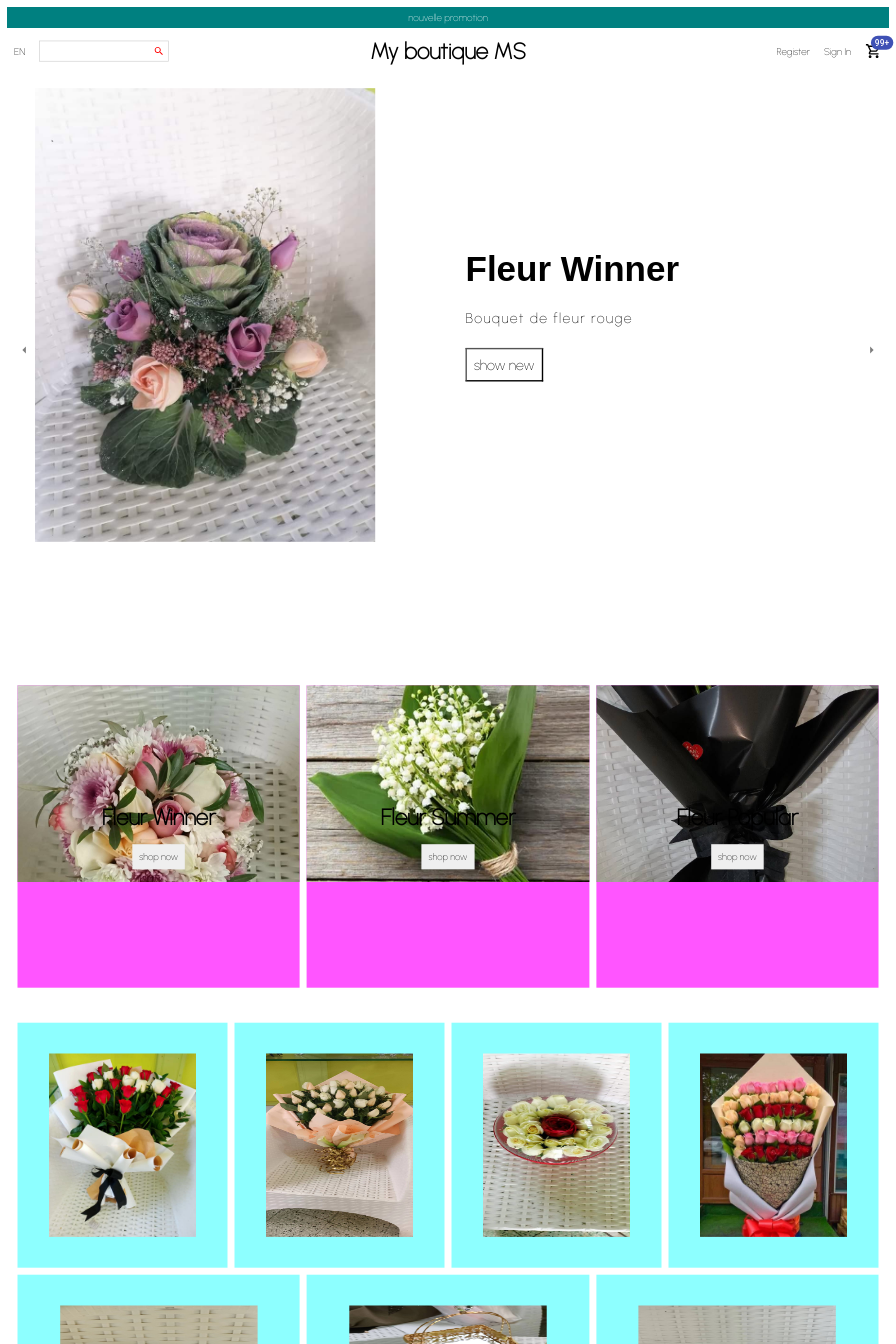
Repository: jarraymassaoud/react-web
Page: /
These files come from the project's save history. The page is drawn as it stood at one moment and after the next save; the edit follows.
The browser window is 1280 px wide. The pictures show the part of the page from y = 0 to 1920 px (the page is 2807 px tall), at 70% of full size.
The project was rebuilt for these pictures with package versions that can differ from the ones it lists, and the page was loaded fresh each time. Also part of the build but not shown: src/pages/Cart.jsx, src/pages/Login.jsx, src/pages/Bunch.jsx.

Above is the page before, as saved 2022-05-31 08:19:49.

### public/index.html
<!DOCTYPE html>
<html lang="en">
  <head>
    <meta charset="utf-8" />
    <link rel="icon" href="%PUBLIC_URL%/favicon.ico" />
    <meta name="viewport" content="width=device-width, initial-scale=1" />
    <meta name="theme-color" content="#000000" />
    <meta
      name="description"
      content="Web site created using create-react-app"
    />
    <link rel="preconnect" href="https://fonts.googleapis.com" />
    <link rel="preconnect" href="https://fonts.gstatic.com" crossorigin />
    <link
      href="https://fonts.googleapis.com/css2?family=Urbanist:wght@100&display=swap"
      rel="stylesheet"
    />
    <style>
      * {
        margin: 0;
        font-family: "Urbanist", sans-serif;
      }
    </style>
    <!--
      manifest.json provides metadata used when your web app is installed on a
      user's mobile device or desktop. See https://developers.google.com/web/fundamentals/web-app-manifest/
    -->
    <!--
      Notice the use of %PUBLIC_URL% in the tags above.
      It will be replaced with the URL of the `public` folder during the build.
      Only files inside the `public` folder can be referenced from the HTML.

      Unlike "/favicon.ico" or "favicon.ico", "%PUBLIC_URL%/favicon.ico" will
      work correctly both with client-side routing and a non-root public URL.
      Learn how to configure a non-root public URL by running `npm run build`.
    -->
    <title>React App</title>
  </head>
  <body>
    <noscript>You need to enable JavaScript to run this app.</noscript>
    <div id="root"></div>
    <!--
      This HTML file is a template.
      If you open it directly in the browser, you will see an empty page.

      You can add webfonts, meta tags, or analytics to this file.
      The build step will place the bundled scripts into the <body> tag.

      To begin the development, run `npm start` or `yarn start`.
      To create a production bundle, use `npm run build` or `yarn build`.
    -->
  </body>
</html>

### src/App.jsx
import React from "react";
import Cart from "./pages/Cart";
import Login from "./pages/Login";
import Home from "./pages/Home";
import Bunch from "./pages/Bunch";

const App = () => {
  return <Home />;
};

export default App;

### src/pages/Home.jsx
import React from "react";
import Annonce from "../components/Annonce";
import Navbar from "../components/Navbar";
import Slider from "../components/Slider";
import Categories from "../components/Categories";
import Products from "../components/Products";
import Newsletter from "../components/Newsletter";
import Footer from "../components/Footer";

const Home = () => {
  return (
    <div>
      <Annonce />
      <Navbar />
      <Slider />
      <Categories />
      <Products />
      <Newsletter />
      <Footer />
    </div>
  );
};

export default Home;

### src/components/Annonce.jsx
import styled from "styled-components";

const Container = styled.div`
  height: 30px;
  background-color: teal;
  color: white;
  display: flex;
  align-items: center;
  justify-content: center;
  font-size: 14px;
  font-weight: 500;
  margin: 10px;
`;

const Annonce = () => {
  return (
    <div>
      <Container>nouvelle promotion</Container>
    </div>
  );
};

export default Annonce;

### src/components/Footer.jsx
import {
  Facebook,
  GitHub,
  LinkedIn,
  MailOutline,
  Phone,
  Room,
} from "@material-ui/icons";
import React from "react";
import styled from "styled-components";
const Container = styled.div`
  display: flex;
  border: 0.5px solid lightgray;
  border-radius: 10px;
  background-color: gainsboro;
`;
const Left = styled.div`
  flex: 1;
  display: flex;
  padding: 20px;
  flex-direction: column;
  margin-left: 100px;
`;
const Logo = styled.h1``;
const Desc = styled.p`
  margin: 20px 0px;
`;
const SocialContainer = styled.div`
  display: flex;
`;
const SocialIcon = styled.div`
  width: 40px;
  height: 40px;
  border-radius: 50%;
  color: white;
  background-color: #${(props) => props.color};
  display: flex;
  align-items: center;
  justify-content: center;
  margin-right: 10px;
`;

const Center = styled.div`
  flex: 1;
  padding: 20px;
  align-items: center;
  justify-content: center;
`;
const Title = styled.h3`
  margin-bottom: 30px;
`;
const List = styled.ul`
  margin: 0px;
  padding: 0px;
  list-style: none;
  flex-wrap: wrap;
`;
const ListItem = styled.li`
  width: 50%;
`;
const Right = styled.div`
  flex: 1;
  padding: 20px;
  justify-content: center;
  align-items: center;
  margin-left: 100px;
`;
const ContactItem = styled.div``;

const Footer = () => {
  return (
    <Container>
      <Left>
        <Logo> MS</Logo>
        <Desc>My web site</Desc>
        <SocialContainer>
          <SocialIcon color="0080ff">
            <Facebook />
          </SocialIcon>
          <SocialIcon color="0059b3">
            <LinkedIn />
          </SocialIcon>
          <SocialIcon color="000000">
            <GitHub />
          </SocialIcon>
        </SocialContainer>
      </Left>
      <Center>
        <Title> Links</Title>
        <List>
          <ListItem>Home</ListItem>
          <ListItem>Cart</ListItem>
          <ListItem>Accesoires</ListItem>
          <ListItem>MyAccount</ListItem>
        </List>
      </Center>
      <Right>
        <Title> Contact</Title>
        <ContactItem>
          <Room />
          Tunisia
        </ContactItem>
        <ContactItem>
          <Phone />
          26092674
        </ContactItem>
        <ContactItem>
          <MailOutline /> jarraymassoud@gmail.com
        </ContactItem>
      </Right>
    </Container>
  );
};

export default Footer;

### src/components/Navbar.jsx
import { Search, ShoppingCartOutlined } from "@material-ui/icons";
import { Badge } from "@material-ui/core";
import React from "react";
import styled from "styled-components";

const Container = styled.div`
  height: 40px;
`;

const Wrapper = styled.div`
  padding: 4px 20px;
  display: flex;
  justify-content: space-between;
`;

const Left = styled.div`
  flex: 1;
  display: flex;
  align-items: center;
`;

const Language = styled.span`
  font-size: 14px;
  cursor: pointer;
`;
const SearchContainer = styled.div`
  border: 0.5px solid lightgray;
  display: flex;
  align-items: center;
  margin-left: 20px;
  padding: 5px;
`;
const Input = styled.input`
  border: none;
`;
const Center = styled.div`
  flex: 1;
  text-align: center;
`;
const Logo = styled.h1`
  font-weight: bold;
  display: flex;
  justify-content: center;
`;
const Right = styled.div`
  flex: 1;
  display: flex;
  align-items: center;
  justify-content: flex-end;
`;
const MenuItem = styled.div`
  font-size: 14px;
  cursor: pointer;
  margin-left: 20px;
`;
const Navbar = () => {
  return (
    <Container>
      <Wrapper>
        <Left>
          <Language>EN</Language>
          <SearchContainer>
            <Input />
            <Search style={{ color: "red", fontSize: 16 }} />
          </SearchContainer>
        </Left>
        <Center>
          <Logo>My boutique MS</Logo>
        </Center>
        <Right>
          <MenuItem>Register</MenuItem>
          <MenuItem> Sign In</MenuItem>
          <MenuItem>
            <Badge badgeContent={100} color="primary" max={99}>
              <ShoppingCartOutlined />
            </Badge>
          </MenuItem>
        </Right>
      </Wrapper>
    </Container>
  );
};

export default Navbar;

### src/components/Slider.jsx
import React from "react";

import { ArrowLeftOutlined, ArrowRightOutlined } from "@material-ui/icons";
import styled from "styled-components";
import { sliderItems } from "../data";
import { useState } from "react";

const Container = styled.div`
  width: 100%;
  height: 120vh;
  display: flex;
  position: relative;
  overflow: hidden;
`;

const Arrow = styled.div`
  width: 50px;
  height: 50px;
  border-radius: 50%;
  display: flex;
  align-items: center;
  justify-content: center;
  position: absolute;
  top: 0%;
  left: ${(props) => props.direction === "left" && "10px"};
  right: ${(props) => props.direction === "right" && "10px"};
  bottom: 5%;
  margin: auto;
  cursor: pointer;
  opacity: 0.5;
  z-index: 2;
`;
const Wrapper = styled.div`
  height: 90%;
  display: flex;
  transition: all 1.5s ease;
  transform: translateX(${(props) => props.slideIndex * -100}vw);
`;
const Slide = styled.div`
  width: 100vw;
  height: 100vh;
  display: flex;
  align-items: center;
  background-color: #${(props) => props.bg};
`;
const ImgContainer = styled.div`
  padding-left: 50px;
  height: 90%;
  flex: 1;
`;
const InfoContainer = styled.div`
  flex: 1;
`;
const Image = styled.img`
  height: 100%;
`;
const Title = styled.h1`
  font-family: sans-serif;
  font-size: 50px;
`;
const Desc = styled.p`
  margin: 30px 0px;
  font-size: 20px;
  font-weight: 500;
  letter-spacing: 2px;
`;
const Button = styled.button`
  padding: 10px;
  font-size: 20px;
  background-color: transparent;
  cursor: pointer;
`;

const Slider = () => {
  const [slideIndex, setSlideIndex] = useState(0);
  const handleClick = (direction) => {
    if (direction === "left") {
      setSlideIndex(slideIndex > 0 ? slideIndex - 1 : 2);
    } else {
      setSlideIndex(slideIndex < 2 ? slideIndex + 1 : 0);
    }
  };

  return (
    <Container>
      <Arrow direction="left" onClick={() => handleClick("left")}>
        <ArrowLeftOutlined />
      </Arrow>
      <Wrapper slideIndex={slideIndex}>
        {sliderItems.map((item) => (
          <Slide>
            <ImgContainer>
              <Image src={item.img} />
            </ImgContainer>
            <InfoContainer>
              <Title>{item.title}</Title>
              <Desc>{item.desc}</Desc>
              <Button>show new</Button>
            </InfoContainer>
          </Slide>
        ))}
      </Wrapper>

      <Arrow direction="right" onClick={() => handleClick("right")}>
        <ArrowRightOutlined />
      </Arrow>
    </Container>
  );
};

export default Slider;

### src/components/Categories.jsx
import styled from "styled-components";
import React from "react";
import { categories } from "../data";
import CategoryItem from "./CategoryItem";

const Container = styled.div`
  flex: 1;
  display: flex;
  padding: 20px;
`;
const Categories = () => {
  return (
    <Container>
      {categories.map((item) => (
        <CategoryItem item={item} />
      ))}
    </Container>
  );
};

export default Categories;

### src/components/Products.jsx
import styled from "styled-components";
import { products } from "../data";
import Product from "./Product";

const Container = styled.div`
  display: flex;
  padding: 20px;
  flex-wrap: wrap;
  justify-content: space-between;
`;
const Products = () => {
  return (
    <Container>
      {products.map((item) => (
        <Product item={item} key={item.id} />
      ))}
    </Container>
  );
};

export default Products;

### src/components/Newsletter.jsx
import { Send } from "@material-ui/icons";
import styled from "styled-components";

const Container = styled.div`
  height: 60vh;
  background-color: white;
  display: flex;
  align-items: center;
  justify-content: center;
  flex-direction: column;
`;
const Title = styled.h1`
  font-size: 70px;
`;
const Desc = styled.div`
  font-size: 30px;
  font-weight: 300;
`;
const InputContainer = styled.div`
  width: 50%;
  height: 40px;
  display: flex;
  justify-content: space-between;
  border: 1px solid lavender;
`;
const Input = styled.input`
  border: none;
  flex: 8;
`;
const Button = styled.button`
  flex: 1;
  border: none;
  background-color: #5ff;
`;

const Newsletter = () => {
  return (
    <Container>
      <Title> Newsletter</Title>
      <Desc> your web site</Desc>
      <InputContainer>
        <Input placeholder="your email" />
        <Button>
          <Send />
        </Button>
      </InputContainer>
    </Container>
  );
};

export default Newsletter;

### src/data.js
export const sliderItems = [
  {
    id: 1,
    img: "images/img1.jpg",
    title: "Fleur Winner",
    desc: "Bouquet de fleur rouge",
    bg: "fcf1ed",
  },

  {
    id: 2,
    img: "images/img25.jpg",
    title: "Fleur Summer",
    desc: "Bouquet de fleur rouge",
    bg: "f5fafd",
  },
  {
    id: 3,
    img: "images/img20.jpg",
    title: "Fleur Popular",
    desc: "Bouquet de fleur popular",
    bg: "fbf0f4",
  },
];

export const categories = [
  {
    id: 1,
    img: "images/img4.jpg",
    title: "Fleur Winner",
  },
  {
    id: 2,
    img: "images/img5.jpg",
    title: "Fleur Summer",
  },
  {
    id: 3,
    img: "images/img6.jpg",
    title: "Fleur Popular",
  },
];
export const products = [
  {
    id: 1,
    img: "images/img7.jpg",
  },
  {
    id: 2,
    img: "images/img8.jpg",
  },
  {
    id: 3,
    img: "images/img10.jpg",
  },
  {
    id: 4,
    img: "images/img11.jpg",
  },
  {
    id: 5,
    img: "images/img13.jpg",
  },

  {
    id: 6,
    img: "images/img14.jpg",
  },
  {
    id: 6,
    img: "images/img26.jpg",
  },
];

### src/components/CategoryItem.jsx
import React from "react";
import styled from "styled-components";

const Container = styled.div`
  flex: 1;
  margin: 5px;
  height: 60vh;
  background-color: #f5f;

  position: relative;
`;
const Image = styled.img`
  width: 100%;
  height: 65%;
  object-fit: cover;
`;
const Info = styled.div`
  position: absolute;
  top: 0%;
  left: 0%;
  width: 100%;
  height: 100%;
  align-items: center;
  display: flex;
  flex-direction: column;
  justify-content: center;
`;
const Title = styled.h1`
  margin-bottom: 20px;
`;
const Button = styled.button`
  border: none;
  padding: 10px;
  cursor: pointer;
  align-items: center;
  font-weight: 600%;
`;
const CategoryItem = ({ item }) => {
  return (
    <Container>
      <Image src={item.img} />
      <Info>
        <Title>{item.title}</Title>
        <Button> shop now</Button>
      </Info>
    </Container>
  );
};

export default CategoryItem;

### src/components/Product.jsx
import {
  FavoriteBorderOutlined,
  SearchOutlined,
  ShoppingCartOutlined,
} from "@material-ui/icons";
import styled from "styled-components";

const Info = styled.div`
  opacity: 0;
  width: 100%;
  height: 100%;
  top: 0%;
  left: 0%;
  position: absolute;
  background-color: rgba(0, 0, 0, 0.2);
  align-items: center;
  justify-content: center;
  display: flex;
  z-index: 3;
  transform: all 0.5s ease;
  cursor: pointer;
`;
const Container = styled.div`
  flex: 1;
  margin: 5px;
  min-width: 280px;
  height: 350px;
  display: flex;
  align-items: center;
  justify-content: center;
  background-color: #5ffa;
  position: relative;

  &:hover ${Info} {
    opacity: 1;
  }
`;
const Image = styled.img`
  height: 75%;
  z-index: 2;
  width: 70%;
`;
/*const Circle = styled.div`
  width: 200px;
  height: 200px;
  border-radius: 70%;
  background-color: white;
  position: absolute;
`;*/
const Icon = styled.div`
  width: 40px;
  height: 40px;
  border-radius: 50%;
  background-color: white;
  align-items: center;
  display: flex;
  justify-content: center;
  margin: 10px;
  transition: all 0.5s ease;

  &:hover {
    background-color: #e9f5f5;
    transform: scale(1.5);
  }
`;

const Product = ({ item }) => {
  return (
    <Container>
      <Image src={item.img} />
      <Info>
        <Icon>
          <SearchOutlined />
        </Icon>
        <Icon>
          <FavoriteBorderOutlined />
        </Icon>
        <Icon>
          <ShoppingCartOutlined />
        </Icon>
      </Info>
    </Container>
  );
};

export default Product;

Loaded but not shown: src/index.js (common file); src/index.css (common file); src/reportWebVitals.js (common file)

After the next save:
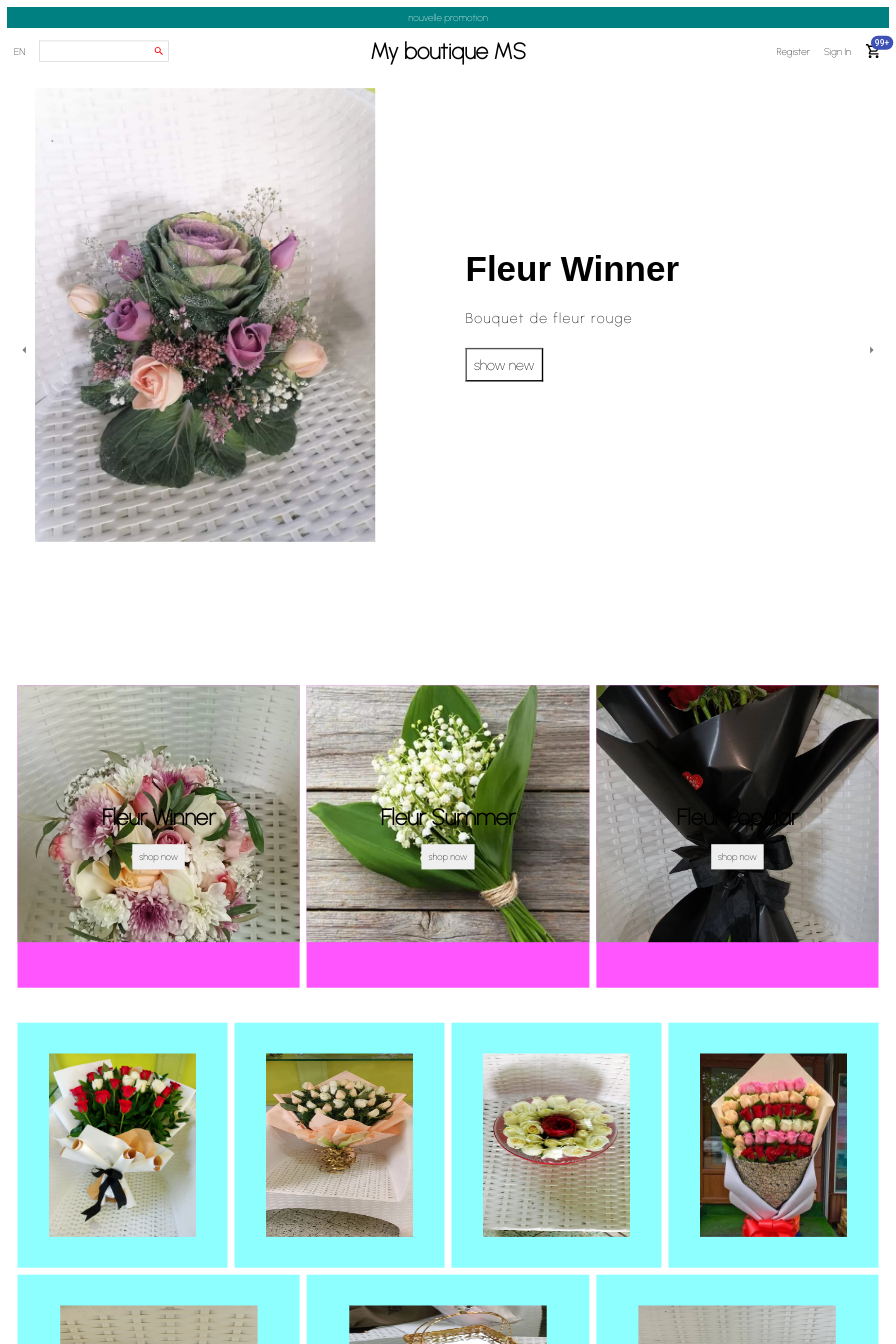
Saved 19 s later.
--- a/src/components/CategoryItem.jsx
+++ b/src/components/CategoryItem.jsx
@@ -11,7 +11,7 @@ const Container = styled.div`
 `;
 const Image = styled.img`
   width: 100%;
-  height: 65%;
+  height: 85%;
   object-fit: cover;
 `;
 const Info = styled.div`
